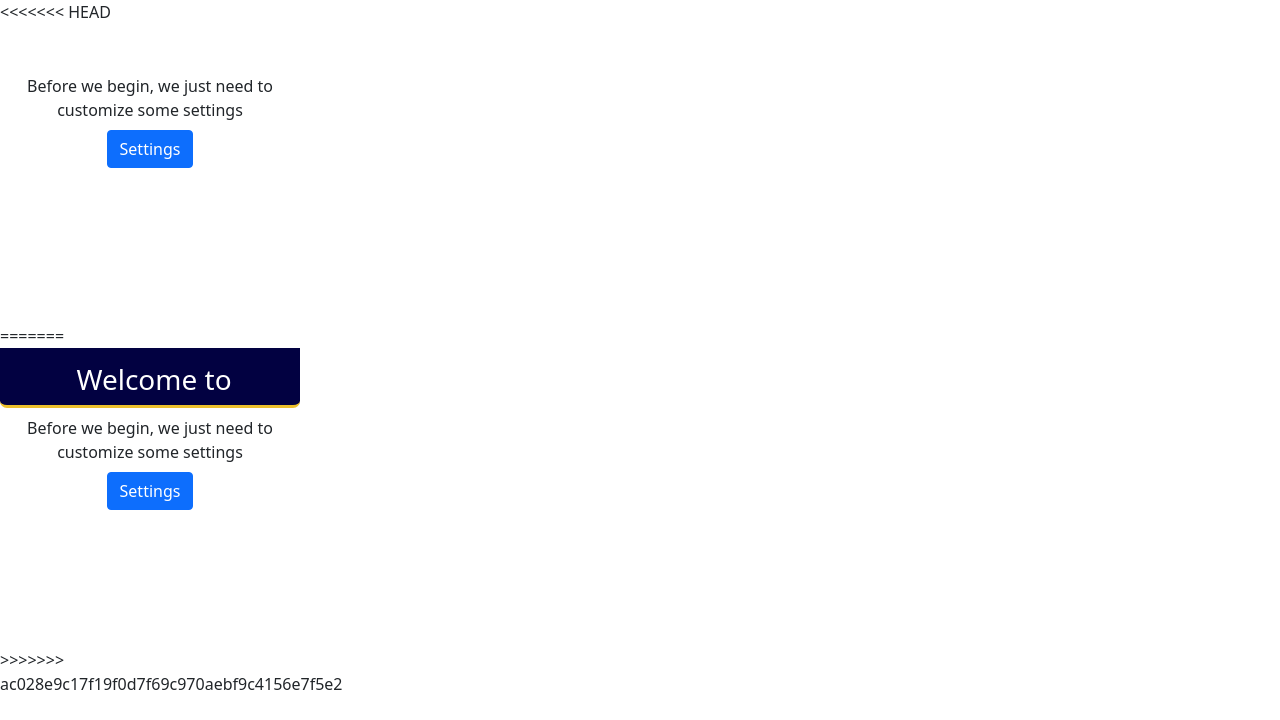
Repository: EvanHughes-dev/StemChronos
Page: StemChronos2.0/Welcome/Welcome.html
These files come from the project's save history. The page is drawn as it stood at one moment and after the next save; the edit follows.
The browser window is 1280 px wide. The pictures show the whole page.

Above is the page before, as saved 2024-04-23 15:31:35.

### StemChronos2.0/Welcome/Welcome.html
<<<<<<< HEAD
<!Doctype html>
<!--Greating doc for somone's first time'-->
<html>

<head>
    <meta http-equiv="Content-Security-Policy" content="script-src 'self'; script-src-elem 'self'">
     <link href="welcome.css" rel="stylesheet" type="text/css">
    <link href="../index.css" rel="stylesheet" type="text/css">

    <link href="https://cdn.jsdelivr.net/npm/bootstrap@5.0.2/dist/css/bootstrap.min.css" rel="stylesheet" integrity="sha384-EVSTQN3/azprG1Anm3QDgpJLIm9Nao0Yz1ztcQTwFspd3yD65VohhpuuCOmLASjC" crossorigin="anonymous">
</head>


<body>
    <div class="WelcomeOBJ">
        <center>
            <div name="Header" class="ChronosHeader">
                <div>
                    <div class="fs-3 ms-2 mb-2 text-white">Welcome to Chronos</div>
                </div>
            </div>


            <div class="fs-6 my-2 mx-3">

                <div>Before we begin, we just need to customize some settings</div>

                <button id="SettingsBTN" class="btn btn-primary mt-2"> Settings</button>
            </div>
        </center>
    </div>

</body>

<script src="Welcome.js"></script>
=======
<!Doctype html>
<!--Greating doc for somone's first time'-->
<html>

<head>
    <meta http-equiv="Content-Security-Policy" content="script-src 'self'; script-src-elem 'self'">
    <link href="welcome.css" rel="stylesheet" type="text/css">
    <link href="../index.css" rel="stylesheet" type="text/css">

    <link href="https://cdn.jsdelivr.net/npm/bootstrap@5.0.2/dist/css/bootstrap.min.css" rel="stylesheet" integrity="sha384-EVSTQN3/azprG1Anm3QDgpJLIm9Nao0Yz1ztcQTwFspd3yD65VohhpuuCOmLASjC" crossorigin="anonymous">
</head>


<body>
    <div class="WelcomeOBJ">
        <center>
            <div name="Header" class="title-row">
                <div>
                    <div class="fs-3 ms-2 mb-2 text-white">Welcome to Chronos</div>
                </div>
            </div>


            <div class="fs-6 my-2 mx-3">

                <div>Before we begin, we just need to customize some settings</div>

                <button id="SettingsBTN" class="btn btn-primary mt-2"> Settings</button>
            </div>
        </center>
    </div>

</body>

<script src="Welcome.js"></script>
>>>>>>> ac028e9c17f19f0d7f69c970aebf9c4156e7f5e2
</html>

### StemChronos2.0/Welcome/welcome.css

body {
    width: 300px;
    height: 300px;
    background-color: #Eeeef3;
    font-size: 20px;
}


.WelcomeOBJ{
    width:100%;
    height:300px;
}

.WelcomeHeader {
    vertical-align: central;
    margin-left: 5px;
    margin-right: 5px;
    margin-top: 0px;
    margin-bottom: 1px;
    background-color: #8e90dc;
    border-bottom: solid;
    border-bottom-color: gold;
    border-radius: 0px 0px 7px 7px;
}
.WelcomeText {
    font-size:26px;
    padding-top:12px;
}
.Info{

}

### StemChronos2.0/index.css
body {
    width: 300px;

    background-color: #Eeeef3;

    font-size: 15px;
}
.title-row {
	width: 100%;

	font-size: 17px;
	padding: 10px;
    height: 60px;
    margin-bottom: 1px;
    background-color: #020141;
    border-bottom: solid;
    border-bottom-color: #EDC02D;
    border-radius: 0px 0px 7px 7px;
}

.title {
	float: left;
	color: white;
	margin: 6.5px 0;
	font-weight: 700;
}

.currentTime {
	float: right;
	font-size: 15px;
    color: whitesmoke;
}

.date {
	float: right;
	font-size: 12px;
	clear: right;
    color: whitesmoke;
}

tr{
font-size: 12px;
}
.CurrentPeriod {
    background-color: #92cbdf;
}

.CurrentPeriod:hover {
    background-color: #51abcb;
}

.TimeRemainingHolder {
    padding-top: 10px;
    padding-bottom: 10px;
    margin-right: 10px;
    margin-left: 10px;
}

.DailyMessageText{
    text-align:center;
}



    .DailyMessage {
        width: 100%;
        height: 100%;
        justify-content: center;
        align-items: center;
        background-color: whitesmoke;
        /* border-bottom: solid 1px gray;
        border-left: solid 1px gray;
        border-radius: 0px 0px 0px 7px; */
        display: block;
    }
.DailyMessageText {
    margin-top: 10px;
    text-align: center;
}

.DailyMessageHeader {
    margin-top:5px;
    text-align: center;
    font-size:20px;
}
.LetterDay {
    margin-top: 5px;
    width: 75px;
    height: 50%;
    margin-left: 5px;
    align-content: center;
    vertical-align: central;
    background-color: lightgray;
}
.LetterDayInside {
    align-content: center;
    vertical-align: central;
    padding: 5px 5px 5px 5px;
}

.navy {
    background-color: #020141;
}



.flex-child {
    flex: 1;

    padding-right:5px;
    padding-left:5px;
}

    .flex-child:first-child {

        flex: 0;

        width: 100%;
        height: 100%;


    }

#FooterTable{
    padding-top: 0px;
    width:100%;
    height: 10px;

}

    #FooterTable th{
        width:50%;
        height:10px;

    }

br{

    margin:0px;
}
.SettingBtn {
    color: #6f7273;
    width: 50%;
    text-decoration: none;
    font-size: 25px;
}
.SettingBtn:hover{
     cursor: pointer;

}

.ReportBtn {
    color: #6f7273;
    width: 50%;
    text-decoration: none;
    font-size: 25px;
}

    .ReportBtn:hover {
        cursor: pointer;
    }





    .TimeLeft{
        margin: 2px;
    }

### StemChronos2.0/Welcome/Welcome.js


function GoToSettings() {
    window.location = "../Settings/Settings.html";

}
document.getElementById('SettingsBTN').addEventListener('click', () => {GoToSettings() })

After the next save:
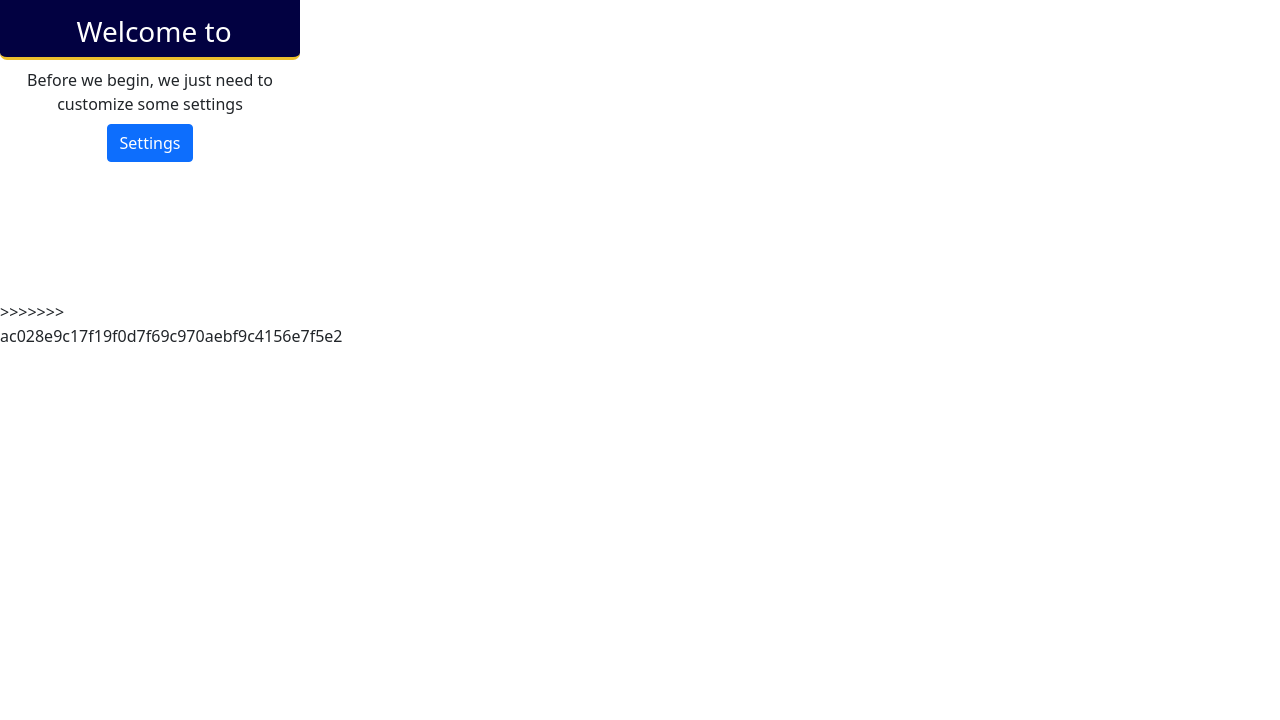
Saved 2 min 48 s later.
--- a/StemChronos2.0/Welcome/Welcome.html
+++ b/StemChronos2.0/Welcome/Welcome.html
@@ -1,42 +1,5 @@
-<<<<<<< HEAD
 <!Doctype html>
-<!--Greating doc for somone's first time'-->
-<html>
-
-<head>
-    <meta http-equiv="Content-Security-Policy" content="script-src 'self'; script-src-elem 'self'">
-     <link href="welcome.css" rel="stylesheet" type="text/css">
-    <link href="../index.css" rel="stylesheet" type="text/css">
-
-    <link href="https://cdn.jsdelivr.net/npm/bootstrap@5.0.2/dist/css/bootstrap.min.css" rel="stylesheet" integrity="sha384-EVSTQN3/azprG1Anm3QDgpJLIm9Nao0Yz1ztcQTwFspd3yD65VohhpuuCOmLASjC" crossorigin="anonymous">
-</head>
-
-
-<body>
-    <div class="WelcomeOBJ">
-        <center>
-            <div name="Header" class="ChronosHeader">
-                <div>
-                    <div class="fs-3 ms-2 mb-2 text-white">Welcome to Chronos</div>
-                </div>
-            </div>
-
-
-            <div class="fs-6 my-2 mx-3">
-
-                <div>Before we begin, we just need to customize some settings</div>
-
-                <button id="SettingsBTN" class="btn btn-primary mt-2"> Settings</button>
-            </div>
-        </center>
-    </div>
-
-</body>
-
-<script src="Welcome.js"></script>
-=======
-<!Doctype html>
-<!--Greating doc for somone's first time'-->
+<!--Greeting doc for someone's first time'-->
 <html>
 
 <head>
